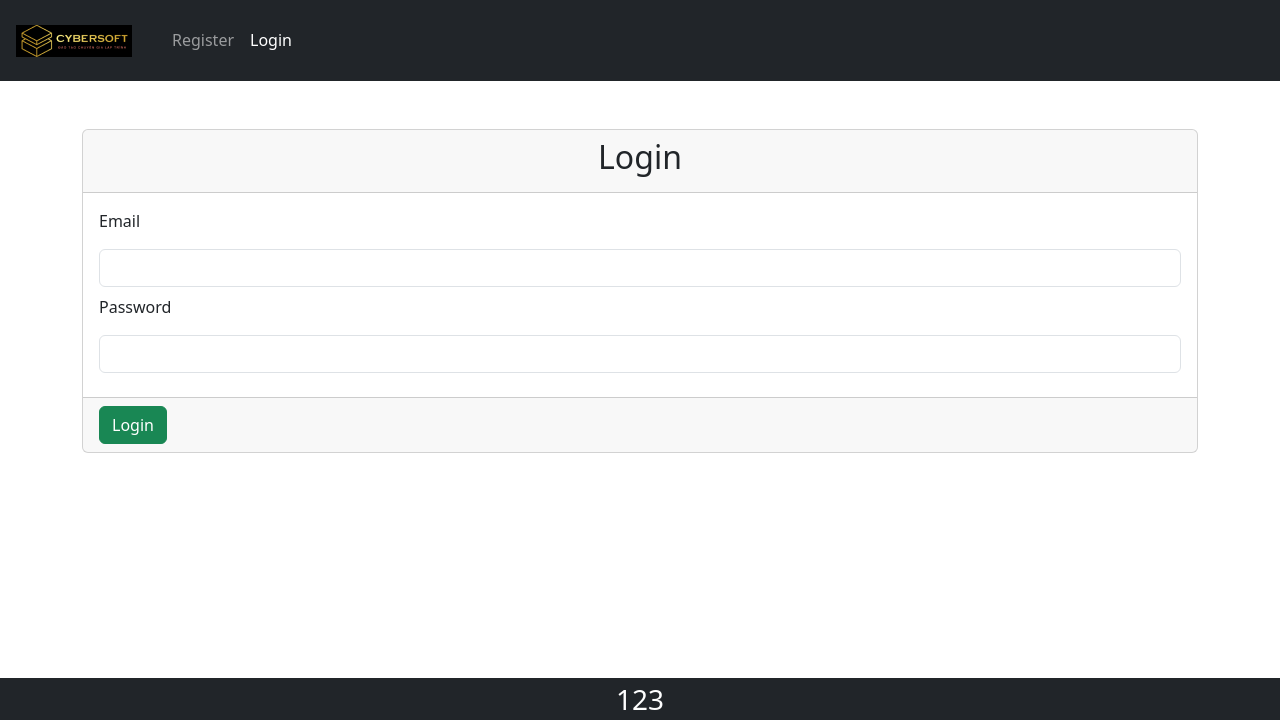
Repository: KhoiNguyen77/react-capstone
Page: /login
The author's editor kept a copy of each file at every save. The page is drawn from the files as they stood at one save, then again after the next save.
The browser window is 1280 px wide. The pictures show the whole page.
The project was rebuilt for these pictures with package versions that can differ from the ones it lists, and the page was loaded fresh each time. Also part of the build but not shown: src/util/config.jsx, src/Redux/Reducer/userReducer.jsx, src/pages/Register.jsx.

Above is the page before, as saved 2023-06-15 16:00:46.

### public/index.html
<!DOCTYPE html>
<html lang="en">

<head>
  <meta charset="utf-8" />
  <link rel="icon" href="%PUBLIC_URL%/favicon.ico" />
  <meta name="viewport" content="width=device-width, initial-scale=1" />
  <meta name="theme-color" content="#000000" />
  <meta name="description" content="Web site created using create-react-app" />
  <link rel="apple-touch-icon" href="%PUBLIC_URL%/logo192.png" />
  <!--
      manifest.json provides metadata used when your web app is installed on a
      user's mobile device or desktop. See https://developers.google.com/web/fundamentals/web-app-manifest/
    -->
  <link rel="manifest" href="%PUBLIC_URL%/manifest.json" />
  <!--
      Notice the use of %PUBLIC_URL% in the tags above.
      It will be replaced with the URL of the `public` folder during the build.
      Only files inside the `public` folder can be referenced from the HTML.

      Unlike "/favicon.ico" or "favicon.ico", "%PUBLIC_URL%/favicon.ico" will
      work correctly both with client-side routing and a non-root public URL.
      Learn how to configure a non-root public URL by running `npm run build`.
    -->
  <link href="https://cdn.jsdelivr.net/npm/bootstrap@5.3.0/dist/css/bootstrap.min.css" rel="stylesheet"
    integrity="sha384-9ndCyUaIbzAi2FUVXJi0CjmCapSmO7SnpJef0486qhLnuZ2cdeRhO02iuK6FUUVM" crossorigin="anonymous">
  <title>Capstone React</title>
</head>

<body>
  <noscript>You need to enable JavaScript to run this app.</noscript>
  <div id="root"></div>
  <!--
      This HTML file is a template.
      If you open it directly in the browser, you will see an empty page.

      You can add webfonts, meta tags, or analytics to this file.
      The build step will place the bundled scripts into the <body> tag.

      To begin the development, run `npm start` or `yarn start`.
      To create a production bundle, use `npm run build` or `yarn build`.
    -->
</body>
<script src="https://cdn.jsdelivr.net/npm/bootstrap@5.3.0/dist/js/bootstrap.bundle.min.js"
  integrity="sha384-geWF76RCwLtnZ8qwWowPQNguL3RmwHVBC9FhGdlKrxdiJJigb/j/68SIy3Te4Bkz" crossorigin="anonymous"></script>

</html>

### src/index.js
import React from 'react';
import ReactDOM from 'react-dom/client';
import { store } from './Redux/configStore';
import { unstable_HistoryRouter as HistoryRouter, Route, Routes } from 'react-router-dom';
import { Provider } from 'react-redux';
import HomeTemplate from './Template/HomeTemplate';
import { createBrowserHistory } from 'history'
import Register from './pages/Register';
import Login from './pages/Login';
export const customNavigate = createBrowserHistory();
const root = ReactDOM.createRoot(document.getElementById('root'));
root.render(
  <Provider store={store}>
    <HistoryRouter history={customNavigate}>
      <Routes>
        <Route path='/' element={<HomeTemplate></HomeTemplate>}>
          <Route path='/register' element={<Register></Register>}></Route>
          <Route path='/login' element={<Login></Login>}></Route>
        </Route>
      </Routes>
    </HistoryRouter>
  </Provider>
);

// If you want to start measuring performance in your app, pass a function
// to log results (for example: reportWebVitals(console.log))
// or send to an analytics endpoint. Learn more: https://bit.ly/CRA-vitals

### src/Redux/configStore.jsx
import {configureStore} from '@reduxjs/toolkit';


export const store = configureStore({
    reducer: {

    }
})

### src/Template/HomeTemplate.jsx
import React from 'react'



import { createBrowserHistory } from 'history'
import { NavLink, Outlet } from 'react-router-dom'
import Header from '../Component/Header'



const HomeTemplate = () => {
    return <div>
        <div className='header' style={{minHeight: '10vh'}}>
            <Header></Header>
        </div>
        <div className="content" style={{minHeight: '66vh'}}>
            <Outlet></Outlet>
        </div>
        <footer className='fs-3 text-center text-white bg-dark fixed-bottom'>
            123
        </footer>
    </div>
}

export default HomeTemplate

### src/pages/Login.jsx
import React from 'react'

const Login = () => {
    return (
        <div className='container mt-5'>
            <form className='card form-group'>
                <div className="card-header">
                    <h2 className='text-center'>Login</h2>
                </div>
                <div className="card-body">
                    <div className="row">
                        <div className=" col-12">
                            <p className='d-inline-block me-2'>Email</p>
                            <input type="email" className='form-control mb-2' id='email' name='email' />
                        </div>
                        <div className=" col-12">
                            <p className='d-inline-block me-2'>Password</p>
                            <input type="text" className='form-control mb-2' id='name' name='name' />
                        </div>
                    </div>
                </div>
                <div className="card-footer">
                    <button type='submit' className='btn btn-success'>Login</button>
                </div>
            </form>
        </div>
    )
}

export default Login

### src/Component/Header.jsx
import React from 'react'
import { NavLink } from 'react-router-dom'

const Header = () => {
    return (
        <nav className="navbar navbar-expand-sm navbar-dark bg-dark">
            <NavLink className="navbar-brand p-3" to="/">
                <img src='./images/image 3.png' alt='logo'></img>
            </NavLink>
            <button className="navbar-toggler d-lg-none" type="button" data-bs-toggle="collapse" data-bs-target="#collapsibleNavId" aria-controls="collapsibleNavId" aria-expanded="false" aria-label="Toggle navigation" />
            <div className="collapse navbar-collapse" id="collapsibleNavId">
                <ul className="navbar-nav me-auto mt-2 mt-lg-0">
                    <li className="nav-item">
                        <NavLink className="nav-link" to="/register">Register</NavLink>
                    </li>
                    <li className="nav-item">
                    <NavLink className="nav-link" to="/login">Login</NavLink>
                    </li>
                </ul>
            </div>
        </nav>)
}

export default Header

After the next save:
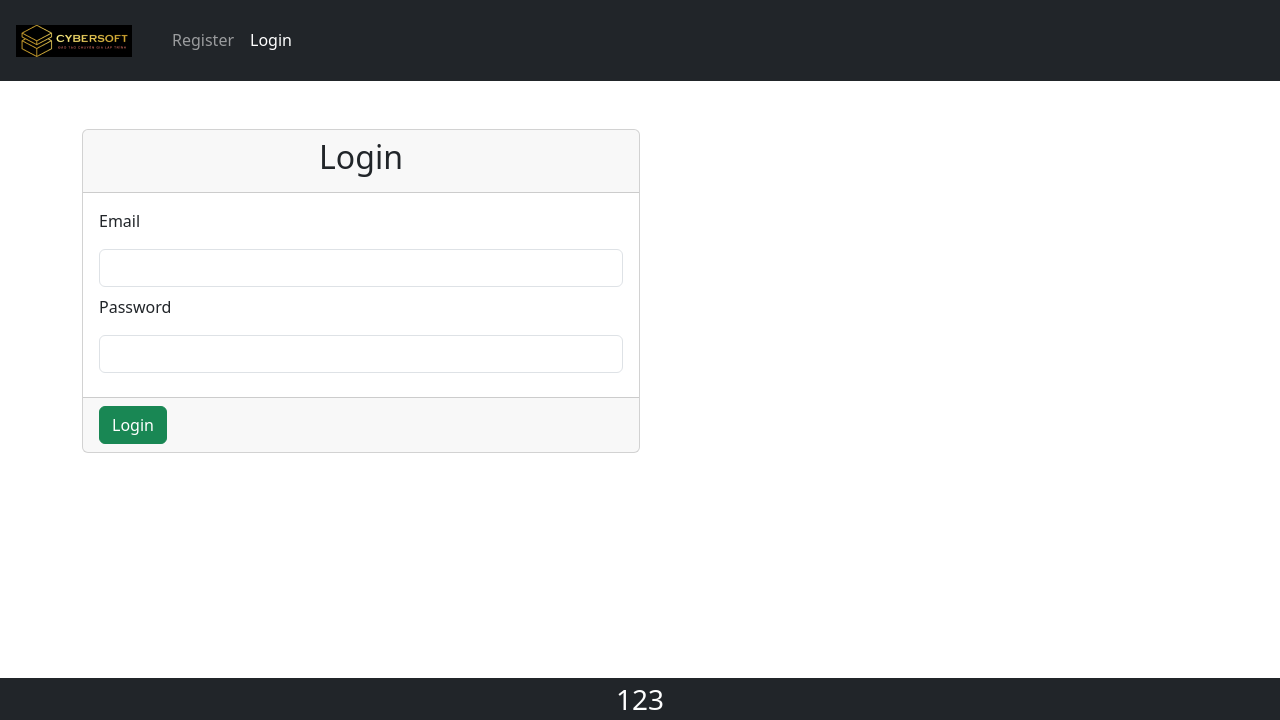
Saved 14 s later.
--- a/src/pages/Login.jsx
+++ b/src/pages/Login.jsx
@@ -3,7 +3,7 @@
 const Login = () => {
     return (
         <div className='container mt-5'>
-            <form className='card form-group'>
+            <form className='card form-group w-50'>
                 <div className="card-header">
                     <h2 className='text-center'>Login</h2>
                 </div>
